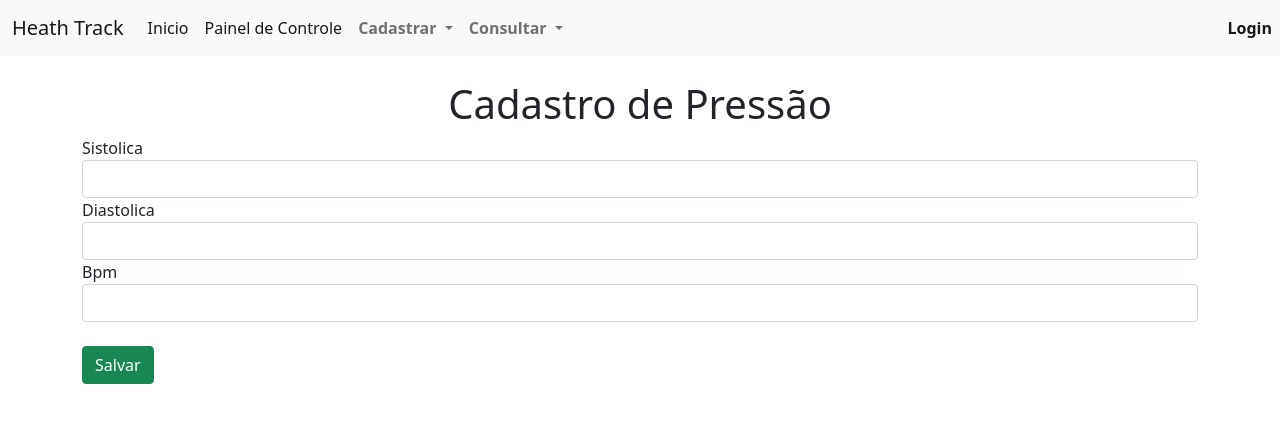
Repository: FellipySantos/HealthTrack_Finalizado
Page: http://localhost/JSPs/cadastro-pressao.jsp
An editor plug-in stored every save of this project. The page is shown before and after the next save, followed by the edit.
The browser window is 1280 px wide. The pictures show the whole page.
The page is served by Tomcat 9. Other server files are loaded and not shown.

Above is the page before, as saved 2021-11-22 23:23:35.

### JSP/JSPs/WebContent/cadastro-pressao.jsp
<%@ page language="java" contentType="text/html; charset=ISO-8859-1"
    pageEncoding="ISO-8859-1"%>
<%@ taglib prefix="c" uri="http://java.sun.com/jsp/jstl/core" %>
<!DOCTYPE html PUBLIC "-//W3C//DTD HTML 4.01 Transitional//EN" "http://www.w3.org/TR/html4/loose.dtd">
<html>
<head>
<meta http-equiv="Content-Type" content="text/html; charset=ISO-8859-1">
<title>Cadastro de Pressão</title>
<%@ include file="header.jsp" %>
</head>
<body>
<%@ include file="menu.jsp" %>
<div class="container">
    <br>
	<h1><center>Cadastro de Pressão</center></h1>
	<c:if test="${not empty msg }">
		<div class="alert alert-success">${msg}</div>
	</c:if>
	<c:if test="${not empty erro }">
		<div class="alert alert-danger">${erro}</div>
	</c:if>
	<form action="pressao" method="post">
		<input type="hidden" value="cadastrar" name="acao">
		<div class="form-group">
			<label for="id-sistolica">Sistolica</label>
			<input type="text" name="sistolica" id="id-sistolica" class="form-control">
		</div>
		<div class="form-group">
			<label for="id-diastolica">Diastolica</label>
			<input type="text" name="diastolica" id="id-diastolica" class="form-control">
		</div>
		<div class="form-group">
			<label for="id-bpm">Bpm</label>
			<input type="text" name="bpm" id="id-bpm" class="form-control">
		</div>
		<br>
		<input type="submit" value="Salvar" class="btn btn-success">
	</form>
</div>


<%@ include file="footer.jsp" %>
</body>
</html>

### JSP/JSPs/WebContent/header.jsp
<%@ page language="java" contentType="text/html; charset=ISO-8859-1"
    pageEncoding="ISO-8859-1"%>
<!DOCTYPE html>
<html>
<head>
<meta charset="ISO-8859-1">

<link rel="stylesheet" type="text/css" href="resources/css/bootstrap.css">
<link rel="stylesheet" type="text/css" href="resources/css/bootstrap-grid.css">
<link rel="stylesheet" type="text/css" href="resources/css/bootstrap-reboot.css">

<script type="text/javascript" src="resources/js/jquery-3.6.0.min.js"></script>
<script type="text/javascript" src="resources/js/popper.min.js"></script>
<script type="text/javascript" src="resources/js/bootstrap.min.js"></script>
<script type="text/javascript" src="resources/js/bootstrap.min.js"></script>

<script src="https://stackpath.bootstrapcdn.com/bootstrap/4.3.1/js/bootstrap.min.js" integrity="sha384-JjSmVgyd0p3pXB1rRibZUAYoIIy6OrQ6VrjIEaFf/nJGzIxFDsf4x0xIM+B07jRM" crossorigin="anonymous"></script>


</head>






<body>



</body>



</html>

### JSP/JSPs/WebContent/menu.jsp

   <nav class="navbar navbar-expand-lg navbar-light bg-light">
        <div class="container-fluid">
          <a class="navbar-brand" href="index.jsp">Heath Track</a>
          <button class="navbar-toggler" type="button" data-bs-toggle="collapse" data-bs-target="#navbarSupportedContent" aria-controls="navbarSupportedContent" aria-expanded="false" aria-label="Toggle navigation">
            <span class="navbar-toggler-icon"></span>
          </button>
          <div class="collapse navbar-collapse" id="navbarSupportedContent">
            <ul class="navbar-nav me-auto mb-2 mb-lg-0">
              <li class="nav-item">
                <a class="nav-link active" aria-current="page" href="index.jsp">Inicio</a>
              </li>
              <li class="nav-item">
                <a class="nav-link active" aria-current="page" href="painel.jsp">Painel de Controle</a>
              </li>
              <li class="nav-item dropdown">
                <a class="nav-link dropdown-toggle" href="#" id="navbarDropdown" role="button" data-bs-toggle="dropdown" aria-expanded="false">
                  <b>Cadastrar</b>
                </a>
                <ul class="dropdown-menu" aria-labelledby="navbarDropdown">
                  <li><a class="dropdown-item" href="cadastro-dieta.jsp">Dieta</a></li>
                  <li><a class="dropdown-item" href="cadastro-pressao.jsp">Pressão</a></li>
                  <li><a class="dropdown-item" href="cadastro-treino.jsp">Treino</a></li>
                  <li><a class="dropdown-item" href="cadastro-imc.jsp">Imc</a></li>
                   <li><hr class="dropdown-divider"></li>
                  <li><a class="dropdown-item" href="cadastro-atleta.jsp">Atleta</a></li>
                  <li><a class="dropdown-item" href="cadastro-nutri.jsp">Nutricionista</a></li>
                  <li><a class="dropdown-item" href="cadastro-treinador.jsp">Treinador</a></li>
                </ul>
              </li>

                 <li class="nav-item dropdown">
                <a class="nav-link dropdown-toggle" href="#" id="navbarDropdown" role="button" data-bs-toggle="dropdown" aria-expanded="false">
                  <b>Consultar</b>
                </a>
                <ul class="dropdown-menu" aria-labelledby="navbarDropdown">
                  <li><a class="dropdown-item" href="dieta?acao=listar">Dieta</a></li>
                  <li><a class="dropdown-item" href="pressao?acao=listar">Pressão</a></li>
                  <li><a class="dropdown-item" href="treino?acao=listar">Treino</a></li>
                  <li><a class="dropdown-item" href="imc?acao=listar">Imc</a></li>
                  <li><hr class="dropdown-divider"></li>
                  <li><a class="dropdown-item" href="atleta?acao=listar">Atleta</a></li>
                  <li><a class="dropdown-item" href="nutri?acao=listar">Nutricionista</a></li>
                  <li><a class="dropdown-item" href="treinador?acao=listar">Treinador</a></li>
                </ul>
              </li>


            </ul>

          </div>

        </div>
        <div class="collapse navbar-collapse" id="navbarSupportedContent">
          <ul class="navbar-nav me-auto mb-2 mb-lg-0">
            <li class="nav-item">
              <b><a class="nav-link active" aria-current="page" href="login.jsp">Login</a></b>
            </li>
            </ul>
            </div>



      </nav>

### JSP/JSPs/WebContent/footer.jsp
<%@ page language="java" contentType="text/html; charset=ISO-8859-1"
    pageEncoding="ISO-8859-1"%>
<!DOCTYPE html>
<html>
<head>
<meta charset="ISO-8859-1">

<script type="text/javascript" src="resources/js/jquery-3.6.0.min.js"></script>
<script type="text/javascript" src="resources/js/bootstrap.min.js"></script>

</head>





<body>


</body>
</html>

Loaded but not shown: JSP/JSPs/WebContent/resources/css/bootstrap.css (library); JSP/JSPs/WebContent/resources/css/bootstrap-grid.css (library); JSP/JSPs/WebContent/resources/css/bootstrap-reboot.css (library); JSP/JSPs/WebContent/resources/js/jquery-3.6.0.min.js (library); JSP/JSPs/WebContent/resources/js/popper.min.js (library); JSP/JSPs/WebContent/resources/js/bootstrap.min.js (library)

After the next save:
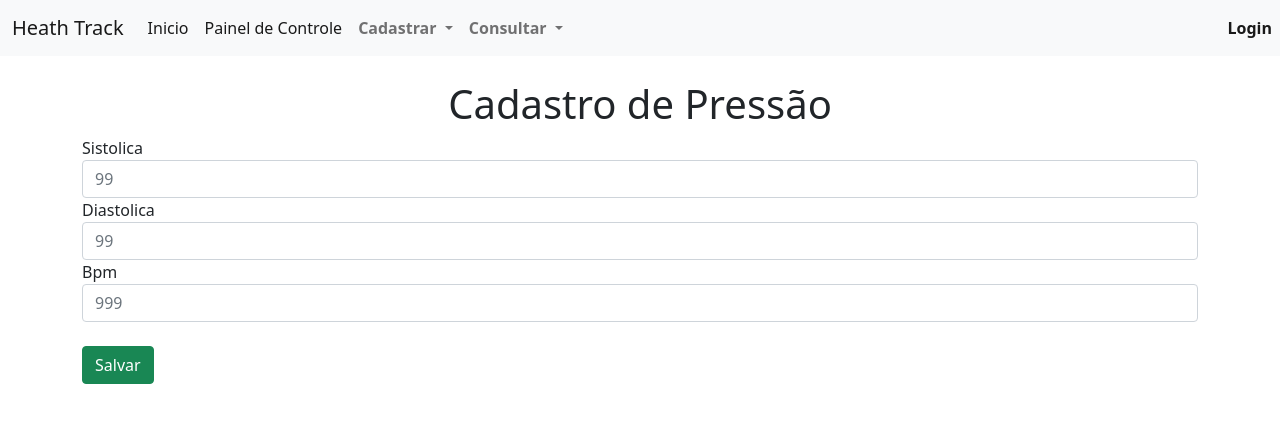
Saved 40 s later.
--- a/JSP/JSPs/WebContent/cadastro-pressao.jsp
+++ b/JSP/JSPs/WebContent/cadastro-pressao.jsp
@@ -23,15 +23,15 @@
 		<input type="hidden" value="cadastrar" name="acao">
 		<div class="form-group">
 			<label for="id-sistolica">Sistolica</label>
-			<input type="text" name="sistolica" id="id-sistolica" class="form-control">
+			<input type="text" name="sistolica" id="id-sistolica" class="form-control"  placeholder="99">
 		</div>
 		<div class="form-group">
 			<label for="id-diastolica">Diastolica</label>
-			<input type="text" name="diastolica" id="id-diastolica" class="form-control">
+			<input type="text" name="diastolica" id="id-diastolica" class="form-control"  placeholder="99">
 		</div>
 		<div class="form-group">
 			<label for="id-bpm">Bpm</label>
-			<input type="text" name="bpm" id="id-bpm" class="form-control">
+			<input type="text" name="bpm" id="id-bpm" class="form-control"  placeholder="999">
 		</div>
 		<br>
 		<input type="submit" value="Salvar" class="btn btn-success">
